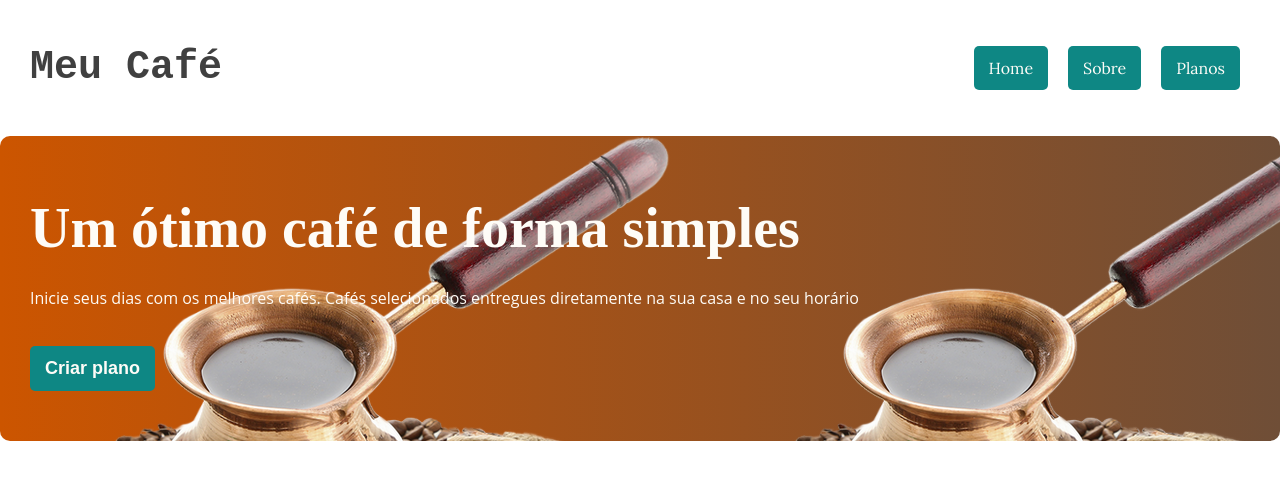
Repository: meiotera/meu_cafe.dev
Page: /
The author's editor kept a copy of each file at every save. The page is drawn from the files as they stood at one save, then again after the next save.
The browser window is 1280 px wide. The pictures show the whole page.
The project was rebuilt for these pictures with package versions that can differ from the ones it lists, and the page was loaded fresh each time. Also part of the build but not shown: vite.config.js, src/Pages/AboutUs.jsx, src/Pages/YourPlane.jsx.

Above is the page before, as saved 2025-04-03 07:11:29.

After the next save:
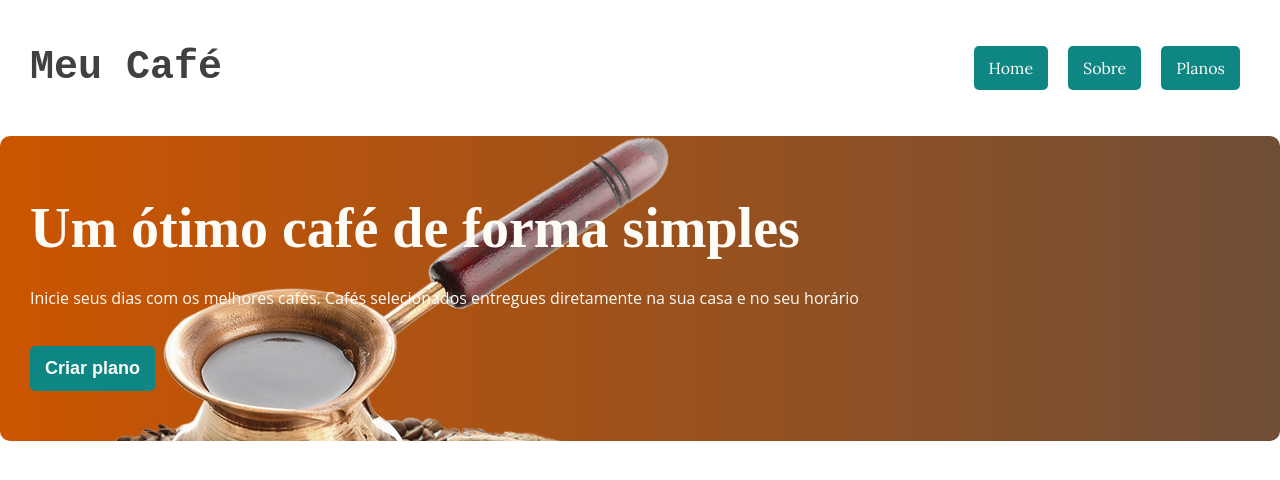
Saved 15 s later.
--- a/src/components/Banner/Banner.module.css
+++ b/src/components/Banner/Banner.module.css
@@ -1,6 +1,8 @@
 .banner {
   background-image: url('../../../public/img/artesanal.png'),
     linear-gradient(to left, #6f4e37, #cc5500);
+
+  background-repeat: no-repeat;
   display: flex;
 
   justify-content: space-between;
